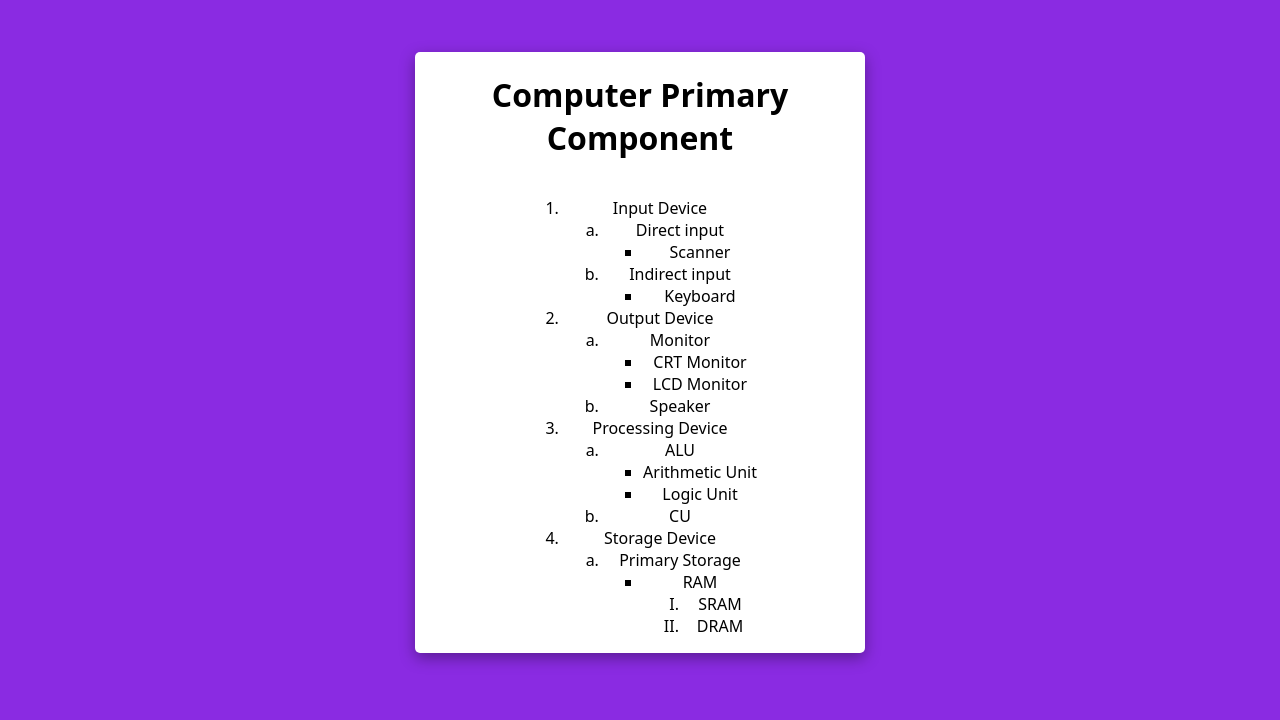
Repository: SharonSebastian32/Nested_List_in_html
Page: index.html
These files come from the project's save history. The page is drawn as it stood at one moment and after the next save; the edit follows.
The browser window is 1280 px wide. The pictures show the whole page.

Above is the page before, as saved 2024-09-01 07:58:22.

After the next save:
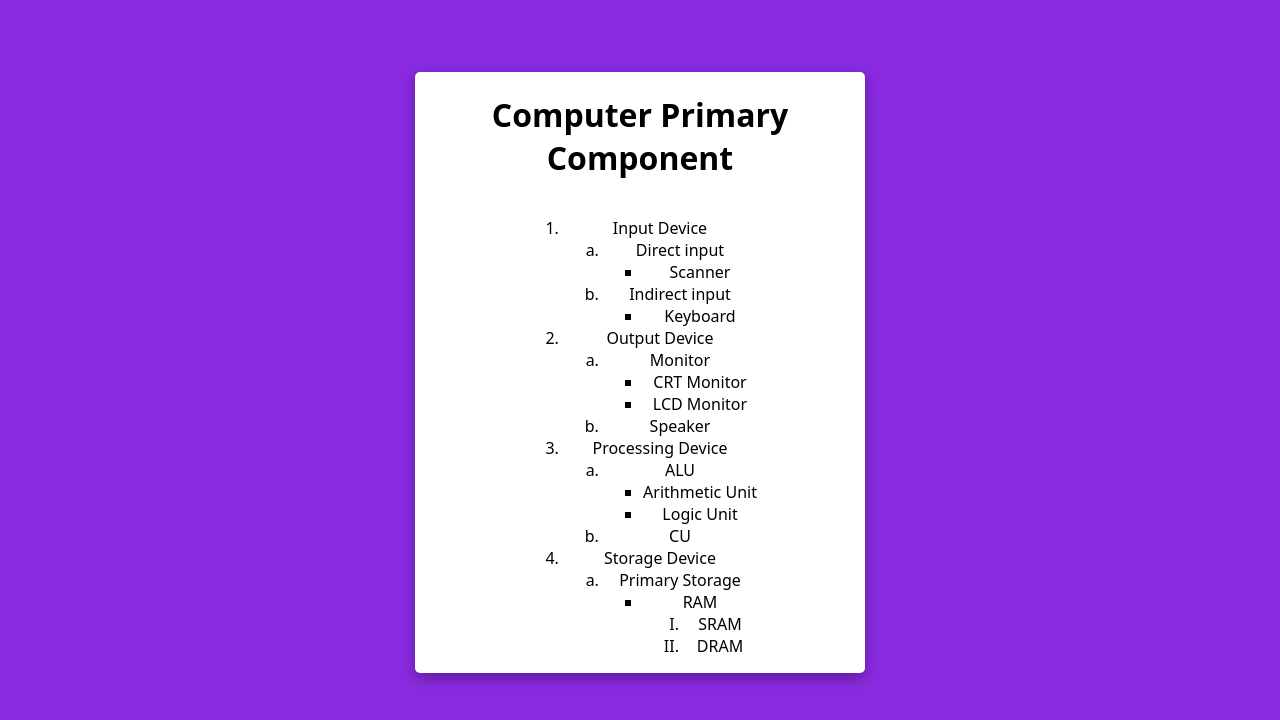
Saved 4 s later.
--- a/index.html
+++ b/index.html
@@ -12,7 +12,7 @@
         <br>
       <div
         style="
-          margin: ;
+          margin: 20px;
           border-radius: 5px;
           display: flex;
           justify-content: center;
